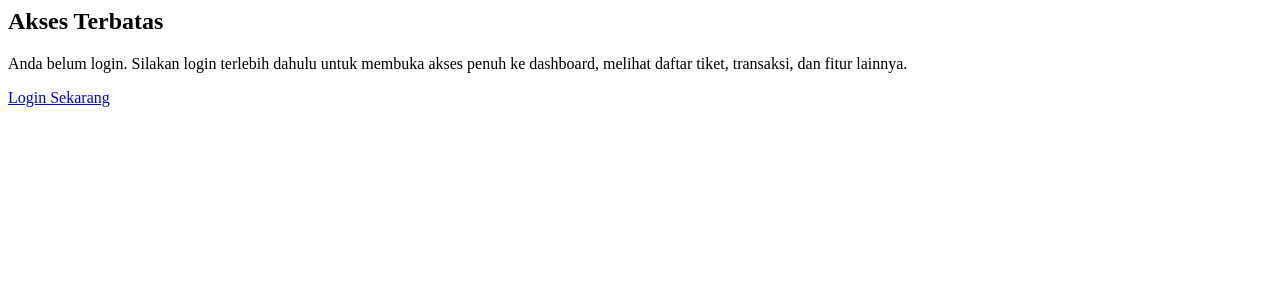
Repository: Fadlan079/Sistem-Manajemen-Parkir
Page: http://localhost/Resources/Views/components/home.php?action=login
These files come from the project's save history. The page is drawn as it stood at one moment and after the next save; the edit follows.
The browser window is 1280 px wide. The pictures show the whole page.
The page is run by PHP 8.4 with error messages shown; the project is at /var/www/html/.

Above is the page before, as saved 2025-12-02 18:40:44.

### Resources/Views/components/home.php
<?php
$sessionUser = $_SESSION['user'] ?? null;
$role = $sessionUser['role'] ?? null;
?>

<?php if(!$sessionUser): ?>

    <!-- TAMPILAN JIKA BELUM LOGIN -->
    <div class="text-center py-20">
        <i class="fa-solid fa-lock text-cyan-400 text-7xl mb-6"></i>
        <h2 class="text-3xl font-bold text-cyan-400 mb-4">Akses Terbatas</h2>
        <p class="text-slate-300 max-w-lg mx-auto mb-6">
            Anda belum login. Silakan login terlebih dahulu untuk membuka akses penuh ke dashboard,
            melihat daftar tiket, transaksi, dan fitur lainnya.
        </p>
        <a href="?action=login"
           class="px-6 py-3 bg-cyan-500 hover:bg-cyan-600 text-slate-900 font-bold rounded-lg transition">
            <i class="fa-solid fa-right-to-bracket mr-2"></i> Login Sekarang
        </a>
    </div>

<?php else: ?>

    <div class="grid grid-cols-1 md:grid-cols-2 lg:grid-cols-4 gap-6">

        <h2 class="col-span-4 text-3xl font-semibold text-cyan-400 mb-4">
            Dashboard <span class="text-neutral-400">Control Panel</span>
        </h2>

        <?php if($role === 'admin'): ?>
            <!-- TOTAL USER -->
            <div
                class="bg-slate-800 border border-slate-700 p-6 rounded-xl shadow-lg
                       flex items-center gap-4
                       transition-all duration-300 hover:-translate-y-2 hover:shadow-cyan-500/20">
                <i class="fa-solid fa-users text-cyan-400 text-4xl"></i>
                <div>
                    <p class="text-slate-400 text-sm">Total User</p>
                    <h3 class="text-2xl font-bold"><?= $TotalUser ?></h3>
                </div>
            </div>

            <?php foreach($totalbayar as $t):?>

            <div
                class="bg-slate-800 border border-slate-700 p-6 rounded-xl shadow-lg
                    flex items-center gap-4
                    transition-all duration-300 hover:-translate-y-2 hover:shadow-cyan-500/20">
                <i class="fa-solid fa-receipt text-cyan-400 text-4xl"></i>
                <div>
                    <p class="text-slate-400 text-sm">Total Transaksi Selesai</p>
                    <h3 class="text-2xl font-bold">Rp <?= number_format($t, 0, ',', '.')?></h3>
                </div>
            </div>
            <?php endforeach?>
        <?php endif; ?>

        <!-- TOTAL MASUK -->
        <div
            class="bg-slate-800 border border-slate-700 p-6 rounded-xl shadow-lg
                   flex items-center gap-4
                   transition-all duration-300 hover:-translate-y-2 hover:shadow-cyan-500/20">
            <i class="fa-solid fa-right-to-bracket text-cyan-400 text-4xl"></i>
            <div>
                <p class="text-slate-400 text-sm">Total Masuk</p>
                <h3 class="text-2xl font-bold"><?= $Totalmasuk ?></h3>
            </div>
        </div>

        <!-- TOTAL KELUAR -->
        <div
            class="bg-slate-800 border border-slate-700 p-6 rounded-xl shadow-lg
                   flex items-center gap-4
                   transition-all duration-300 hover:-translate-y-2 hover:shadow-cyan-500/20">
            <i class="fa-solid fa-right-from-bracket text-cyan-400 text-4xl"></i>
            <div>
                <p class="text-slate-400 text-sm">Total Keluar</p>
                <h3 class="text-2xl font-bold"><?= $Totalkeluar ?></h3>
            </div>
        </div>

        <!-- TOTAL TRANSAKSI -->
        <div
            class="bg-slate-800 border border-slate-700 p-6 rounded-xl shadow-lg
                   flex items-center gap-4
                   transition-all duration-300 hover:-translate-y-2 hover:shadow-cyan-500/20">
            <i class="fa-solid fa-receipt text-cyan-400 text-4xl"></i>
            <div>
                <p class="text-slate-400 text-sm">Jumlah Transaksi</p>
                <h3 class="text-2xl font-bold"><?= $Totaltransaksi ?></h3>
            </div>
        </div>
    </div>

    <!-- =================== TABLE TIKET =================== -->
    <div class="mt-10">
        <h2 class="text-2xl font-semibold text-cyan-400 mb-4">Daftar <span class="text-neutral-400">Tiket</span></h2>
        <div class="overflow-x-auto bg-slate-800 rounded-xl border border-slate-700">
            <table class="min-w-full divide-y divide-slate-700">
                <thead class="bg-slate-900">
                    <tr>
                        <th class="px-4 py-2 text-left text-sm font-medium text-slate-300">ID Tiket</th>
                        <th class="px-4 py-2 text-left text-sm font-medium text-slate-300">Barcode</th>
                        <th class="px-4 py-2 text-left text-sm font-medium text-slate-300">No Polisi</th>
                        <th class="px-4 py-2 text-left text-sm font-medium text-slate-300">Jenis Kendaraan</th>
                        <th class="px-4 py-2 text-left text-sm font-medium text-slate-300">Tgl Masuk</th>
                        <th class="px-4 py-2 text-left text-sm font-medium text-slate-300">Tgl Keluar</th>
                        <th class="px-4 py-2 text-left text-sm font-medium text-slate-300">Total Harga</th>
                        <th class="px-4 py-2 text-left text-sm font-medium text-slate-300">Status</th>
                    </tr>
                </thead>
                <tbody class="divide-y divide-slate-700">
                    <?php foreach($listTiket as $tiket): ?>
                        <tr class="hover:bg-slate-700 transition">
                            <td class="px-4 py-2 text-slate-300"><?= $tiket['id_tiket'] ?></td>
                            <td class="px-4 py-2 text-slate-300"><?= $tiket['barcode'] ?></td>
                            <td class="px-4 py-2 text-slate-300"><?= $tiket['nomor_polisi'] ?></td>
                            <td class="px-4 py-2 text-slate-300"><?= $tiket['jenis_kendaraan'] ?></td>
                            <td class="px-4 py-2 text-slate-300"><?= $tiket['tgl_masuk'] ?></td>
                            <td class="px-4 py-2 text-slate-300"><?= $tiket['tgl_keluar'] ?? '-' ?></td>
                            <td class="px-4 py-2 text-slate-300"><?= $tiket['total_harga'] ?? '-' ?></td>
                            <td class="px-4 py-2 text-slate-300"><?= $tiket['status'] ?></td>
                        </tr>
                    <?php endforeach; ?>
                </tbody>
            </table>
        </div>
    </div>
    <div class="flex justify-center gap-2 mt-4">
        <?php if ($page > 1): ?>
            <a href="?page=<?= $page - 1 ?>"
            class="px-3 py-1 bg-slate-700 text-slate-300 rounded hover:bg-slate-600">Prev</a>
        <?php endif; ?>

        <?php for ($i = 1; $i <= $totalPages; $i++): ?>
            <a href="?page=<?= $i ?>"
            class="px-3 py-1 rounded
            <?= ($i == $page) ? 'bg-cyan-500 text-white' : 'bg-slate-700 text-slate-300 hover:bg-slate-600' ?>">
                <?= $i ?>
            </a>
        <?php endfor; ?>

        <?php if ($page < $totalPages): ?>
            <a href="?page=<?= $page + 1 ?>"
            class="px-3 py-1 bg-slate-700 text-slate-300 rounded hover:bg-slate-600">Next</a>
        <?php endif; ?>
    </div>

    <!-- =================== TABLE TRANSAKSI =================== -->
    <div class="mt-10">
        <h2 class="text-2xl font-semibold text-cyan-400 mb-4">Daftar <span class="text-neutral-400">Transaksi</span></h2>
        <div class="overflow-x-auto bg-slate-800 rounded-xl border border-slate-700">
            <table class="min-w-full divide-y divide-slate-700">
                <thead class="bg-slate-900">
                    <tr>
                        <th class="px-4 py-2 text-left text-sm font-medium text-slate-300">ID Transaksi</th>
                        <th class="px-4 py-2 text-left text-sm font-medium text-slate-300">ID Tiket</th>
                        <th class="px-4 py-2 text-left text-sm font-medium text-slate-300">Barcode</th>
                        <th class="px-4 py-2 text-left text-sm font-medium text-slate-300">No Polisi</th>
                        <th class="px-4 py-2 text-left text-sm font-medium text-slate-300">Total Bayar</th>
                        <th class="px-4 py-2 text-left text-sm font-medium text-slate-300">Tanggal Bayar</th>
                        <th class="px-4 py-2 text-left text-sm font-medium text-slate-300">Status</th>
                    </tr>
                </thead>
                <tbody class="divide-y divide-slate-700">
                    <?php foreach($listTransaksi as $trx): ?>
                        <tr class="hover:bg-slate-700 transition">
                            <td class="px-4 py-2 text-slate-300"><?= $trx['id_transaksi'] ?></td>
                            <td class="px-4 py-2 text-slate-300"><?= $trx['id_tiket'] ?></td>
                            <td class="px-4 py-2 text-slate-300"><?= $trx['barcode'] ?></td>
                            <td class="px-4 py-2 text-slate-300"><?= $trx['nomor_polisi'] ?></td>
                            <td class="px-4 py-2 text-slate-300"><?= $trx['jumlah_bayar'] ?? '-' ?></td>
                            <td class="px-4 py-2 text-slate-300"><?= $trx['tgl_bayar'] ?? '-' ?></td>
                            <td class="px-4 py-2 text-slate-300"><?= $trx['status'] ?? '-' ?></td>
                        </tr>
                    <?php endforeach; ?>
                </tbody>
            </table>
        </div>
    </div>
    <div class="flex justify-center gap-2 mt-4">
        <?php if ($page > 1): ?>
            <a href="?page=<?= $page - 1 ?>"
            class="px-3 py-1 bg-slate-700 text-slate-300 rounded hover:bg-slate-600">Prev</a>
        <?php endif; ?>

        <?php for ($i = 1; $i <= $totalPages; $i++): ?>
            <a href="?page=<?= $i ?>"
            class="px-3 py-1 rounded
            <?= ($i == $page) ? 'bg-cyan-500 text-white' : 'bg-slate-700 text-slate-300 hover:bg-slate-600' ?>">
                <?= $i ?>
            </a>
        <?php endfor; ?>

        <?php if ($page < $totalPages): ?>
            <a href="?page=<?= $page + 1 ?>"
            class="px-3 py-1 bg-slate-700 text-slate-300 rounded hover:bg-slate-600">Next</a>
        <?php endif; ?>
    </div>

<?php if($role === 'admin'): ?>
    <!-- =================== TABLE USER =================== -->
    <div class="mt-10">
        <h2 class="text-2xl font-semibold text-cyan-400 mb-4">Daftar <span class="text-neutral-400">User</span></h2>
        <div class="overflow-x-auto bg-slate-800 rounded-xl border border-slate-700">
            <table class="min-w-full divide-y divide-slate-700">
                <thead class="bg-slate-900">
                    <tr>
                        <th class="px-4 py-2 text-left text-sm font-medium text-slate-300">#</th>
                        <th class="px-4 py-2 text-left text-sm font-medium text-slate-300">ID User</th>
                        <th class="px-4 py-2 text-left text-sm font-medium text-slate-300">Nama Lengkap</th>
                        <th class="px-4 py-2 text-left text-sm font-medium text-slate-300">Email</th>
                        <th class="px-4 py-2 text-left text-sm font-medium text-slate-300">Gender</th>
                        <th class="px-4 py-2 text-left text-sm font-medium text-slate-300">Role</th>
                        <th class="px-4 py-2 text-left text-sm font-medium text-slate-300">Dibuat Pada</th>
                    </tr>
                </thead>
                <tbody class="divide-y divide-slate-700">
                    <?php foreach($listUser as $user): ?>
                        <tr class="hover:bg-slate-700 transition">
                            <td class="px-4 py-2 text-slate-300"><?= $p++ ?></td>
                            <td class="px-4 py-2 text-slate-300"><?= $user['id_user'] ?></td>
                            <td class="px-4 py-2 text-slate-300"><?= $user['nama_lengkap'] ?></td>
                            <td class="px-4 py-2 text-slate-300"><?= $user['email'] ?></td>
                            <td class="px-4 py-2 text-slate-300"><?= $user['gender'] ?></td>
                            <td class="px-4 py-2 text-slate-300"><?= $user['role'] ?></td>
                            <td class="px-4 py-2 text-slate-300"><?= $user['created_at'] ?></td>
                        </tr>
                    <?php endforeach; ?>
                </tbody>
            </table>
        </div>
    </div>

    <div class="flex justify-center gap-2 mt-4">
        <?php if ($page > 1): ?>
            <a href="?page=<?= $page - 1 ?>"
            class="px-3 py-1 bg-slate-700 text-slate-300 rounded hover:bg-slate-600">Prev</a>
        <?php endif; ?>

        <?php for ($i = 1; $i <= $totalPages; $i++): ?>
            <a href="?page=<?= $i ?>"
            class="px-3 py-1 rounded
            <?= ($i == $page) ? 'bg-cyan-500 text-white' : 'bg-slate-700 text-slate-300 hover:bg-slate-600' ?>">
                <?= $i ?>
            </a>
        <?php endfor; ?>

        <?php if ($page < $totalPages): ?>
            <a href="?page=<?= $page + 1 ?>"
            class="px-3 py-1 bg-slate-700 text-slate-300 rounded hover:bg-slate-600">Next</a>
        <?php endif; ?>
    </div>
<?php endif; ?>
<?php endif; ?>

After the next save:
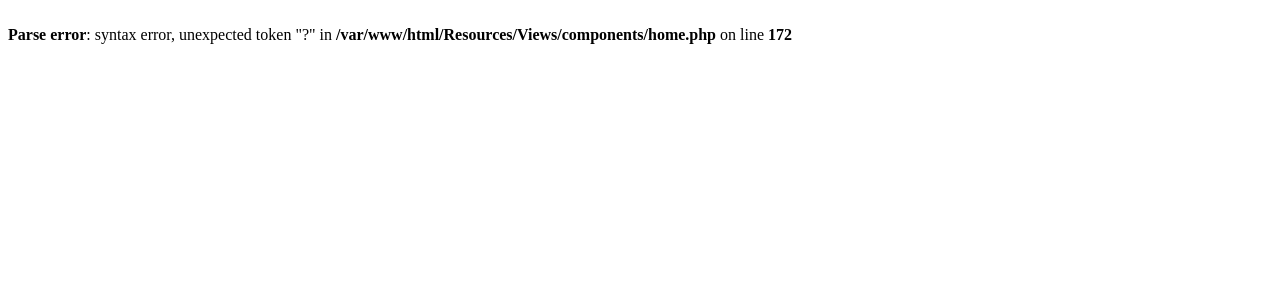
Saved 16 s later.
--- a/Resources/Views/components/home.php
+++ b/Resources/Views/components/home.php
@@ -169,7 +169,7 @@
                             <td class="px-4 py-2 text-slate-300"><?= $trx['id_tiket'] ?></td>
                             <td class="px-4 py-2 text-slate-300"><?= $trx['barcode'] ?></td>
                             <td class="px-4 py-2 text-slate-300"><?= $trx['nomor_polisi'] ?></td>
-                            <td class="px-4 py-2 text-slate-300"><?= $trx['jumlah_bayar'] ?? '-' ?></td>
+                            <td class="px-4 py-2 text-slate-300"><?= Rp <?= number_format($t, 0, ',', '.') ?? '-' ?></td>
                             <td class="px-4 py-2 text-slate-300"><?= $trx['tgl_bayar'] ?? '-' ?></td>
                             <td class="px-4 py-2 text-slate-300"><?= $trx['status'] ?? '-' ?></td>
                         </tr>

After the save that followed:
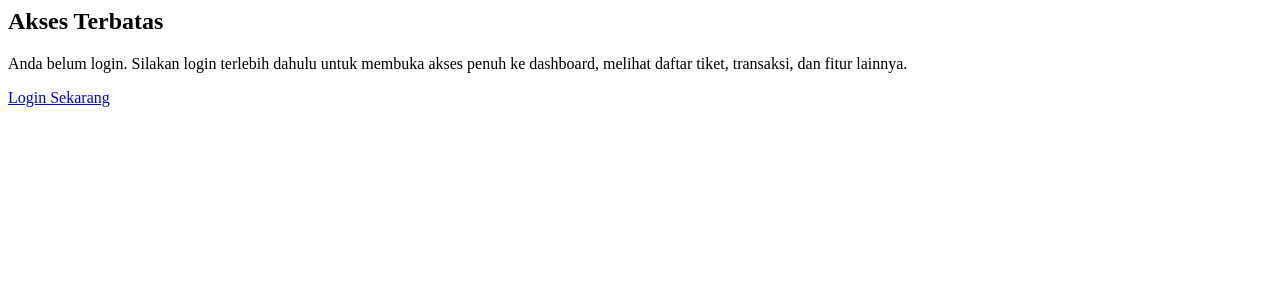
Saved 5 s later.
--- a/Resources/Views/components/home.php
+++ b/Resources/Views/components/home.php
@@ -169,7 +169,7 @@
                             <td class="px-4 py-2 text-slate-300"><?= $trx['id_tiket'] ?></td>
                             <td class="px-4 py-2 text-slate-300"><?= $trx['barcode'] ?></td>
                             <td class="px-4 py-2 text-slate-300"><?= $trx['nomor_polisi'] ?></td>
-                            <td class="px-4 py-2 text-slate-300"><?= Rp <?= number_format($t, 0, ',', '.') ?? '-' ?></td>
+                            <td class="px-4 py-2 text-slate-300"><?= number_format($t, 0, ',', '.') ?? '-' ?></td>
                             <td class="px-4 py-2 text-slate-300"><?= $trx['tgl_bayar'] ?? '-' ?></td>
                             <td class="px-4 py-2 text-slate-300"><?= $trx['status'] ?? '-' ?></td>
                         </tr>
